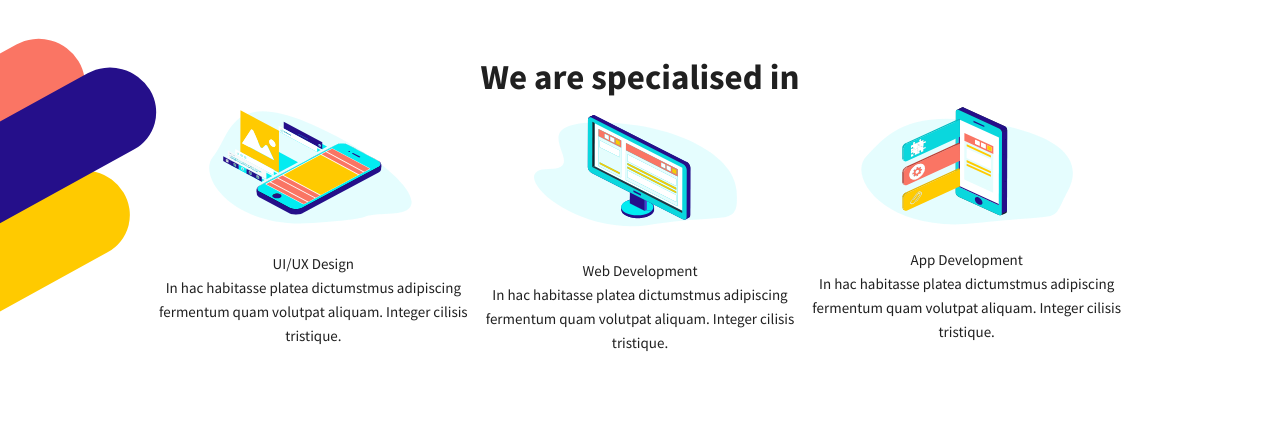
Repository: advert31337/marafon_from0to1_MartaUP
Page: index.html
These files come from the project's save history. The page is drawn as it stood at one moment and after the next save; the edit follows.
The browser window is 1280 px wide. The pictures show the part of the page from y = 793 to 1371 px (the page is 1241 px tall before and 1371 px after).

Above is the page before, as saved 2020-03-07 20:45:21.

### index.html
<!DOCTYPE html>
<html lang="en">

<head>
    <meta charset="UTF-8">
    <meta name="viewport" content="width=device-width, initial-scale=1.0">
    <title>Marafon MartaUP</title>
    <link href="https://fonts.googleapis.com/css?family=Source+Sans+Pro:400,600,700&display=swap" rel="stylesheet">
    <link rel="stylesheet" href="css/reset.css">
    <link rel="stylesheet" href="css/slick.css">
    <link rel="stylesheet" href="css/style.css">
</head>

<body>
    <header class="header">

        <div class="container">
            <div class="header__top">

                <div class="logo">
                    <a href="#!">+
                        <img src="images/logo.svg" alt="">
                    </a>
                </div>

                <nav class="menu">
                    <ul class="menu__list">
                        <li><a class="menu__list-item" href="#">home</a></li>
                        <li><a class="menu__list-item" href="#">work</a></li>
                        <li><a class="menu__list-item" href="#">about</a></li>
                        <li><a class="menu__list-item" href="#">contact</a></li>
                    </ul>
                </nav>

                <div class="header-btn">
                    <a class="login" href="#">login</a>
                    <a class="sign-up" href="#">sign up</a>
                </div>

            </div>

            <div class="header-slider">
                <div class="header-slider__item">
                    <div class="header-slider__item-content">

                        <div class="header-slider__item-info">
                            <h3 class="header-slider__title">
                                We Build Apps & Websites
                                for Your Business
                            </h3>
                            <div class="header-slider__description">
                                For startups, For businesses & For you
                            </div>
                            <a href="" class="header-slider__btn">Request a quote</a>
                        </div>

                        <div class="header-slider__item-images">
                            <img src="images/slider-img.png" alt="">
                        </div>
                    </div>
                </div>


                <div class="header-slider__item">
                    <div class="header-slider__item-content">

                        <div class="header-slider__item-info">
                            <h3 class="header-slider__title">
                                We Build Apps & Websites
                                for Your Business
                            </h3>
                            <div class="header-slider__description">
                                For startups, For businesses & For you
                            </div>
                            <a href="" class="header-slider__btn">Request a quote</a>
                        </div>

                        <div class="header-slider__item-images">
                            <img src="images/slider-img.png" alt="">
                        </div>
                    </div>
                </div>


                <div class="header-slider__item">
                    <div class="header-slider__item-content">

                        <div class="header-slider__item-info">
                            <h3 class="header-slider__title">
                                We Build Apps & Websites
                                for Your Business
                            </h3>
                            <div class="header-slider__description">
                                For startups, For businesses & For you
                            </div>
                            <a href="" class="header-slider__btn">Request a quote</a>
                        </div>

                        <div class="header-slider__item-images">
                            <img src="images/slider-img.png" alt="">
                        </div>
                    </div>
                </div>


                <div class="header-slider__item">
                    <div class="header-slider__item-content">

                        <div class="header-slider__item-info">
                            <h3 class="header-slider__title">
                                We Build Apps & Websites
                                for Your Business
                            </h3>
                            <div class="header-slider__description">
                                For startups, For businesses & For you
                            </div>
                            <a href="" class="header-slider__btn">Request a quote</a>
                        </div>

                        <div class="header-slider__item-images">
                            <img src="images/slider-img.png" alt="">
                        </div>
                    </div>
                </div>


                <div class="header-slider__item">
                    <div class="header-slider__item-content">

                        <div class="header-slider__item-info">
                            <h3 class="header-slider__title">
                                We Build Apps & Websites
                                for Your Business
                            </h3>
                            <div class="header-slider__description">
                                For startups, For businesses & For you
                            </div>
                            <a href="" class="header-slider__btn">Request a quote</a>
                        </div>

                        <div class="header-slider__item-images">
                            <img src="images/slider-img.png" alt="">
                        </div>
                    </div>
                </div>
            </div>

        </div>

    </header>

    <section class="specialised">
        <div class="container">
            <div class="specialised__title title">
                We are specialised in
            </div>
            <div class="specialised__items">
                <div class="specialised__item">
                    <img class="specialised__item-img" src="images/specialise-1.svg" alt="">
                    <div class="specialise__item-title">
                        UI/UX Design
                    </div>
                    <div class="specialise__item-text">
                        In hac habitasse platea dictumstmus adipiscing fermentum quam volutpat aliquam. Integer cilisis tristique.
                    </div>
                </div>
                <div class="specialised__item">
                    <img class="specialised__item-img" src="images/specialise-2.svg" alt="">
                    <div class="specialise__item-title">
                        Web Development
                    </div>
                    <div class="specialise__item-text">
                        In hac habitasse platea dictumstmus adipiscing fermentum quam volutpat aliquam. Integer cilisis tristique.
                    </div>
                </div>
                <div class="specialised__item">
                    <img class="specialised__item-img" src="images/specialise-3.svg" alt="">
                    <div class="specialise__item-title">
                        App Development
                    </div>
                    <div class="specialise__item-text">
                        In hac habitasse platea dictumstmus adipiscing fermentum quam volutpat aliquam. Integer cilisis tristique.
                    </div>
                </div>
            </div>
        </div>
    </section>

    <main>

    </main>

    <footer>

    </footer>


    <script src="https://ajax.googleapis.com/ajax/libs/jquery/3.4.1/jquery.min.js"></script>
    <script src="js/slick.min.js"></script>
    <script src="js/main.js"></script>
</body>

</html>

### css/style.css
*{
    box-sizing: border-box;
}

body {
    font-family: 'Source Sans Pro', sans-serif;
    font-size: 15px;
    line-height: 24px;
}

a {
    text-decoration: none;
    color: inherit;
}
.header {
    background-image: url('../images/header-bg.jpg');
    min-height: 793px;
    background-repeat: no-repeat;
    background-size: cover;
    background-position: top center;
}

.container {
    max-width: 1200px;
    margin: 0 auto;
    padding: 0 15px 0 15px;

}

.header__top {
    display: flex;
    justify-content: space-between;
    height: 100px;
    align-items: center;
}

.menu__list {
    display: flex;
}

.menu__list li + li {
    padding-left: 50px;

}

.login {
    margin-right: 44px;
    color: #fff;
    text-transform: uppercase;
    font-weight: 600;
}

.menu__list a{
    opacity: 0.5;
    color: #fff;
    font-weight: 600;
    text-transform: uppercase;
    transition: all 0.5s;
}

.menu__list a:hover {
    opacity: 1;
}

.sign-up {
    text-transform: uppercase;
    color: #250f8a;
    font-weight: 600;
    background-color: #fff;
    padding: 8px 43px;
    border-radius: 20px;

}

.header-slider {
    padding-top: 111px;
}
.header-slider__item {

}
.header-slider__item-content {
    display: flex;
    justify-content: space-between;
}
.header-slider__item-info {
    max-width: 506px;
    color:#fff;
}
.header-slider__title {
    font-weight: 700;
    font-size: 45px;
    line-height: 60px;
    margin-bottom: 10px;
}
.header-slider__description {
    line-height: 55px;
    font-size: 24px;
    margin-bottom: 60px;
}
.header-slider__btn {
    font-weight: 600;
    text-transform: uppercase;
    color: #250F8A;
    padding: 13px 39px;
    background-color: #FFCA00;
    border-radius: 25px;
}
.header-slider__item-images {
    margin: 10px 82px 0 0;
}

.header-dots{
    list-style: none;
    position: absolute;
    right: 0;
    top: 50%;
}

.header-dots button {
    border: none;
    background-color: #fff;
    opacity: 0.5;
    font-size: 0;
    padding: 0;
    width: 7px;
    height: 7px;
    border-radius: 3.5px;
    cursor: pointer;
    outline: none;
    margin: 10px auto;
    display: block;
}

.header-dots .slick-active button{
    width: 15px;
    opacity: 1;
}

.specialised{
    padding: 55px 0 93px;
    background-image: url(../images/special-bg.svg);
    background-position: left bottom;
    background-repeat: no-repeat;
    color: #202020;
    text-align: center;
}

.specialised__title {
}
.title {
    font-size: 35px;
    line-height: 45px;
    font-weight: 700;
    text-align: center;
}

.specialised__items {
    display: flex;
    justify-content: space-between;
    max-width: 980px;
    margin: 0 auto;

}
.specialised__item {
}
.specialised__item-img {
}
.specialise__item-title {
}
.specialise__item-text {
}

### js/main.js
$(function(){
    $('.header-slider').slick({
        arrows: false,
        vertical: true,
        dots: true,
        dotsClass: 'header-dots',
        autoplay: 2000,

    })
})

Loaded but not shown: css/reset.css (common file); css/slick.css (common file); js/slick.min.js (library)

After the next save:
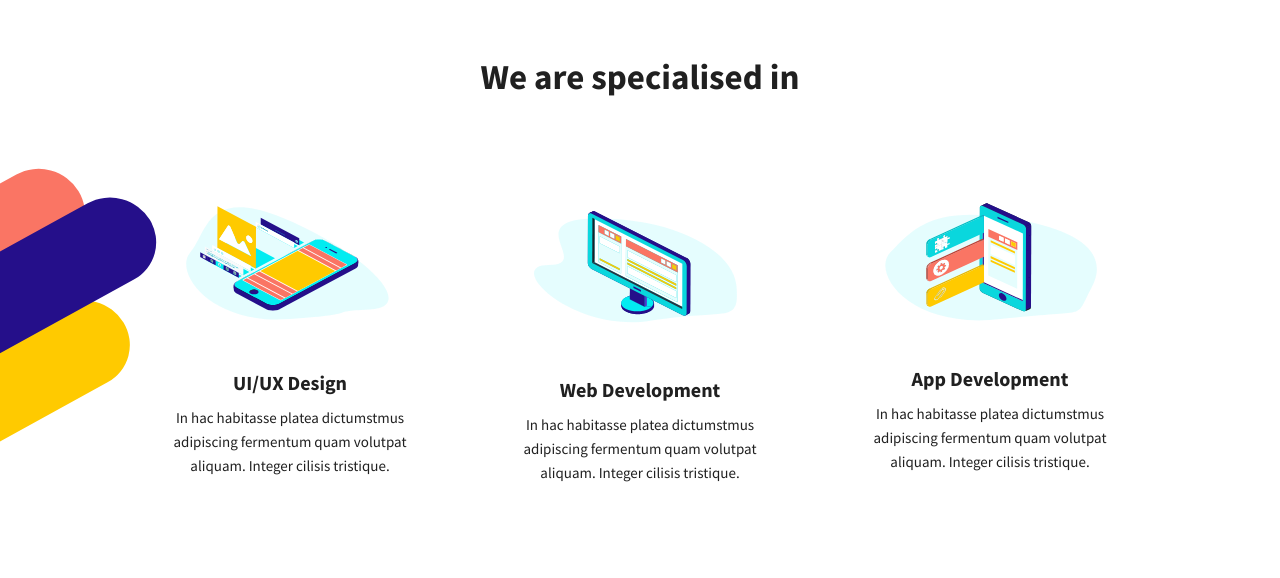
Saved 3 min 41 s later.
--- a/css/style.css
+++ b/css/style.css
@@ -146,6 +146,7 @@ a {
 }
 
 .specialised__title {
+    margin-bottom: 96px;
 }
 .title {
     font-size: 35px;
@@ -162,10 +163,16 @@ a {
 
 }
 .specialised__item {
+    width: 280px;
 }
 .specialised__item-img {
+    margin-bottom: 23px;
 }
 .specialise__item-title {
+    margin-bottom: 11px;
+    font-size: 20px;
+    font-weight: 700;
 }
 .specialise__item-text {
+   padding: 0 10px;
 }
